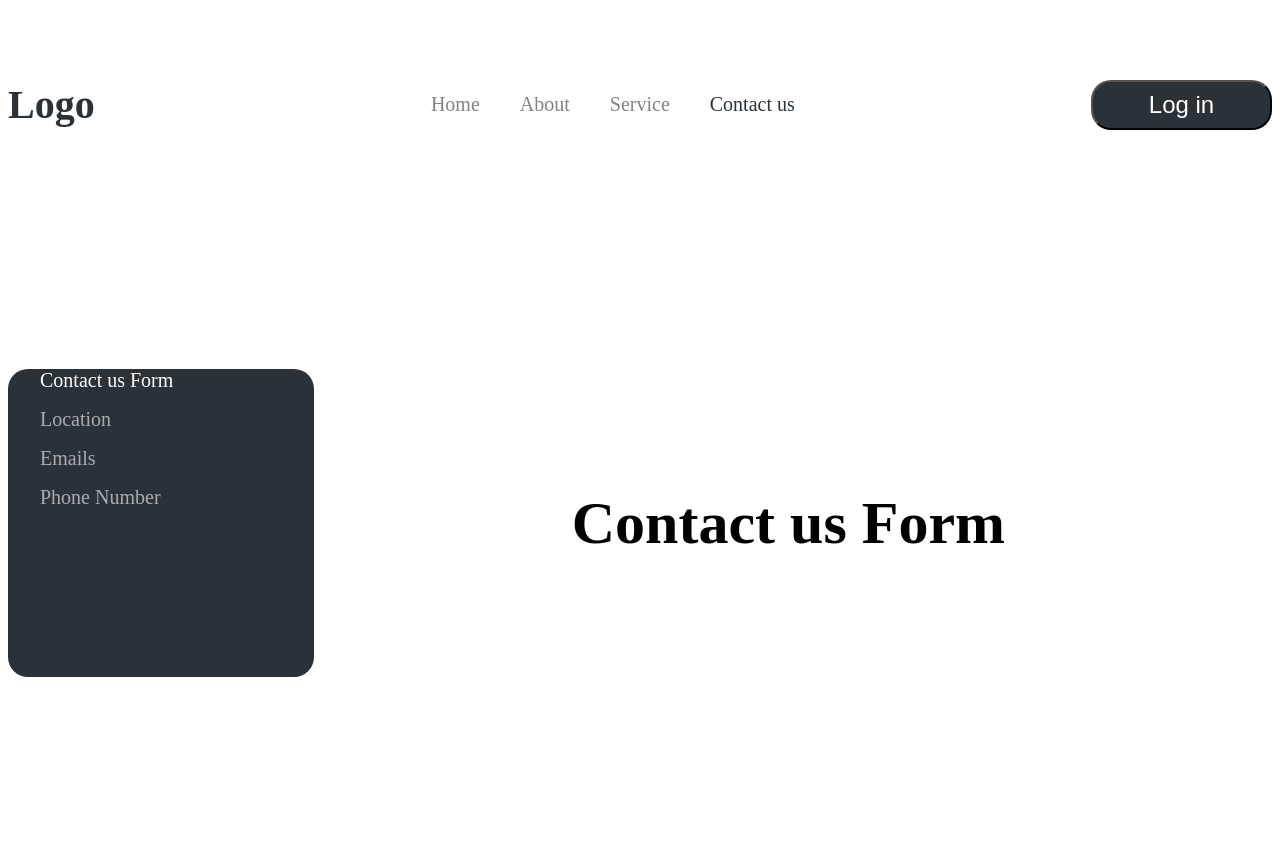
Repository: rehamtaher10/thirdReactTask
Page: /contact
An editor plug-in stored every save of this project. The page is shown before and after the next save, followed by the edit.
The browser window is 1280 px wide. The pictures show the whole page.
The project was rebuilt for these pictures with package versions that can differ from the ones it lists, and the page was loaded fresh each time. Also part of the build but not shown: vite.config.js, src/components/HomePage/Home.jsx, src/components/AboutPage/About.jsx, src/components/ServicePage/Service.jsx.

Above is the page before, as saved 2024-11-27 23:18:11.

### src/App.jsx
import React from "react";
import Home from "./components/HomePage/Home";
import { createBrowserRouter, RouterProvider } from "react-router-dom";
import Layout from "./components/Layout/Layout";
import About from "./components/AboutPage/About";
import ContactUs from "./components/ContactUsPage/ContactUs";
import Service from "./components/ServicePage/Service";

export default function App() {
  const Routing = createBrowserRouter([
    {
      path: "",
      element: <Layout />,
      // errorElement: <h1>404 Not Found</h1>,
      children: [
        { path: "", element: <Home /> },
        { path: "about", element: <About /> },
        { path: "service", element: <Service /> },
        {
          path: "contact",
          element: <ContactUs />,
          children: [
            { index: true, element: <h1>Contact us Form</h1> },
            { path: "location", element: <h1>Contact us Location</h1> },
            { path: "emails", element: <h1>Contact us Emails</h1> },
            { path: "phone-number", element: <h1>Phone Number</h1> },
          ],
        },
        { path: "*", element: <section>Not Found Page</section> },
      ],
    },
  ]);
  return <RouterProvider router={Routing} />;
}

### src/components/Layout/Layout.jsx
import React from 'react'
import Navbar from '../Navbar.jsx'
import { Outlet } from 'react-router-dom';

export default function Layout() {
  return (
    <>
         <Navbar />
         <Outlet/>
    </>
  );
}

### src/components/ContactUsPage/ContactUs.jsx
import React from "react";
import { Outlet, NavLink } from "react-router-dom";
import "../../style/contactUs.css";

export default function ContactUs() {
  return (
    <div className="contactUs">

      <div className="contact_links">

        <NavLink to={""} end>Contact us Form</NavLink>
        <NavLink to={"location"}>Location</NavLink>
        <NavLink to={"emails"}>Emails</NavLink>
        <NavLink to={"phone-number"}>Phone Number</NavLink>
      </div>

      <div className="contact_content">
        <Outlet />
      </div>
    </div>
  );
}

### src/components/Navbar.jsx
import React from 'react'
import "../style/navBar.css";
import { Link, NavLink } from "react-router-dom";

export default function Navbar() {
  return (
    <>
    <nav className="navbar">
            <h1>Logo</h1>
            <div className="navbar_menu">
                <ul>
                    <NavLink  to={"/"}>Home</NavLink>
                    <NavLink  to={"/about"}>About</NavLink>
                    <NavLink  to={"/service"}>Service</NavLink>
                    <NavLink  to={"/contact"}>Contact us</NavLink>
                </ul>
            </div>
            <button>Log in</button>
        </nav>
    </>
  )
}

### src/style/contactUs.css
.contactUs{
    display: flex;
    gap: 2rem;
    padding-block: 10rem;
}
.contact_content{
    width: 70%;
    display: flex;
    align-items: center;
    justify-content: center;
    font-size: 30px;
}
.contact_links{
    display: flex;
    flex-direction: column;
    gap: 1rem;
    background-color: #2A3238;
    width: 242px;
    height: 308px;
    border-radius: 20px;
    font-size: 20px;
    padding-inline: 2rem;
}
.contact_links a {
    text-decoration: none;
    color: #FFFFFF99;
}
.contact_links a.active{
    color: #FFFFFF;
}

### src/style/navBar.css
.navbar{
    display: flex;
    align-items: center;
    justify-content: space-between;
    padding-block: 1em;
    background-color: transparent;
    margin-block: 2em;
}
.navbar h1{
    font-size: 40px;
    color: #2A3238;
}
.navbar_menu ul {
    display: flex;
    align-items: center;
    gap: 2em;
    font-size: 20px;
}
.navbar a {
    text-decoration: none;
    color: #2A323899;
}
 a.active{
    color: #2A3238;
}
.navbar button{
    background-color: #2A3238;
    color: white;
    width: 181px;
    height: 50px;
    border-radius: 20px;
    font-size: 24px;
}

Loaded but not shown: index.html (common file); src/main.jsx (common file)

After the next save:
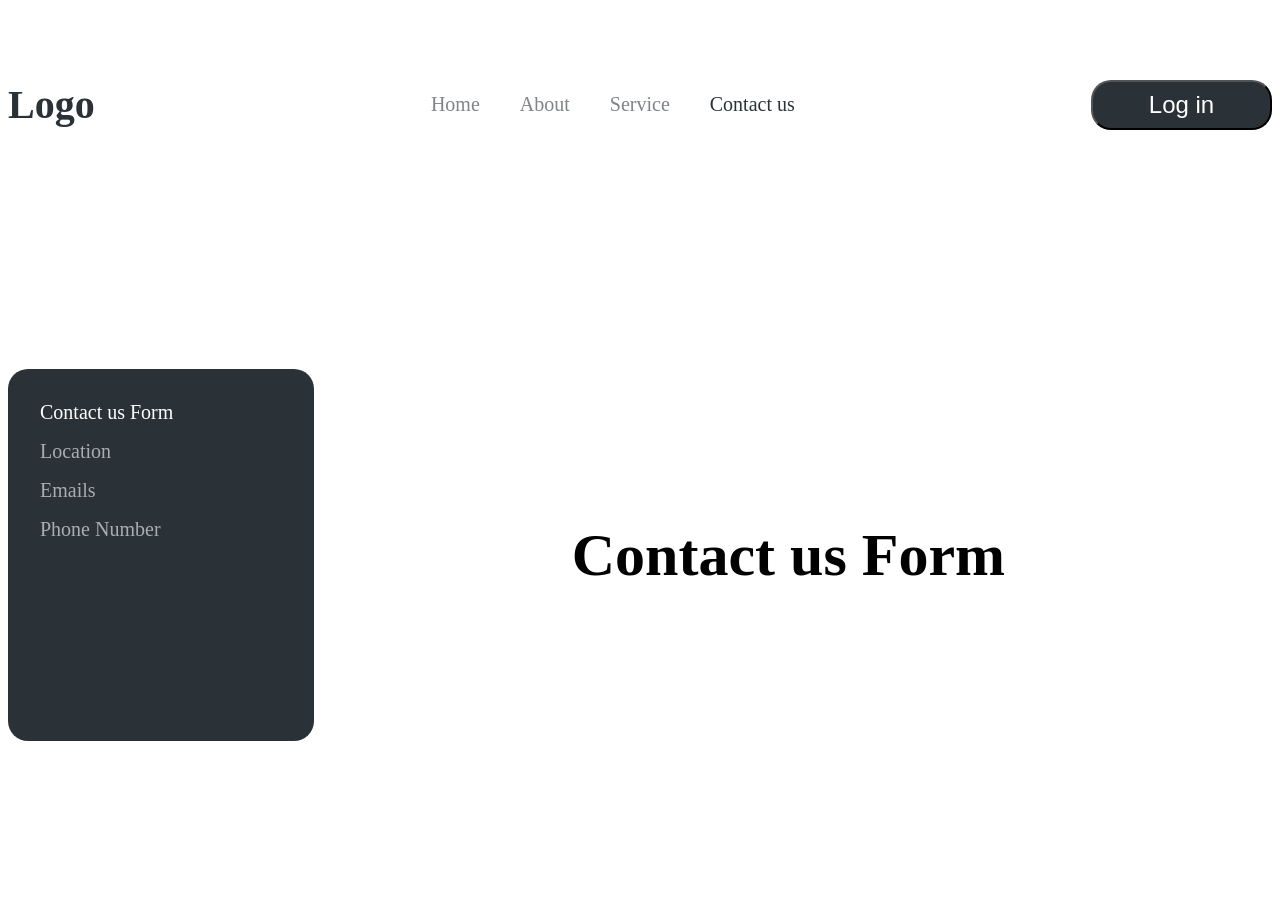
Saved 14 s later.
--- a/src/style/contactUs.css
+++ b/src/style/contactUs.css
@@ -19,7 +19,7 @@
     height: 308px;
     border-radius: 20px;
     font-size: 20px;
-    padding-inline: 2rem;
+    padding: 2rem;
 }
 .contact_links a {
     text-decoration: none;
